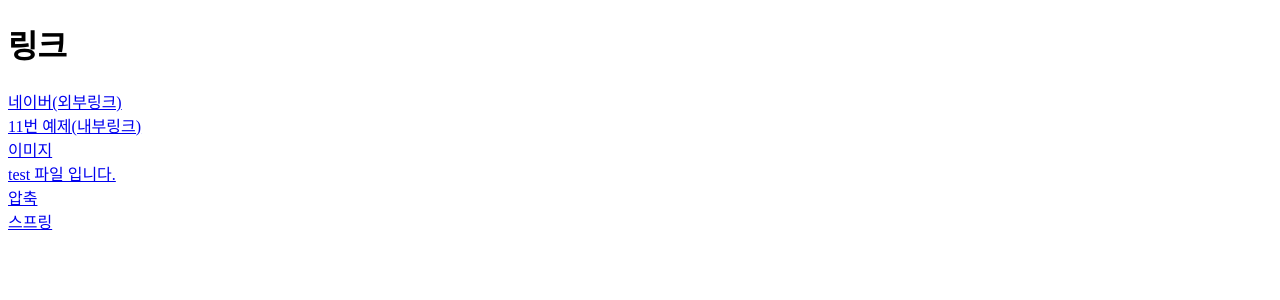
Repository: sungken/htmlProject
Page: ClientTest/src/main/webapp/html/ex12_link.html
The author's editor kept a copy of each file at every save. The page is drawn from the files as they stood at one save, then again after the next save.
The browser window is 1280 px wide. The pictures show the whole page.

Above is the page before, as saved 2024-03-13 03:16:55.

### ClientTest/src/main/webapp/html/ex12_link.html
<!DOCTYPE html>
<html>
<head>
<meta charset="UTF-8">
<title>Insert title here</title>
</head>
<body>
<!-- ex12_link.html -->
<h1>링크</h1>
<a href="http://www.naver.com">네이버(외부링크)</a>
<br>
<a href="ex11_list.html">11번 예제(내부링크)</a>
<br>
<a href="images/dog.jpg">이미지</a>
<br>
<a href="test.txt">test 파일 입니다.</a>
<br>
<a href="html.zip">압축</a>
<br>
<a href="http://spring.io">스프링</a>
<br>

<!--
	a. target
	- 열거형
		1. _blank
		2. _ self(default)
		3. _parent
		4. _top
		5. 프레임 명


 -->


</body>
</html>

After the next save:
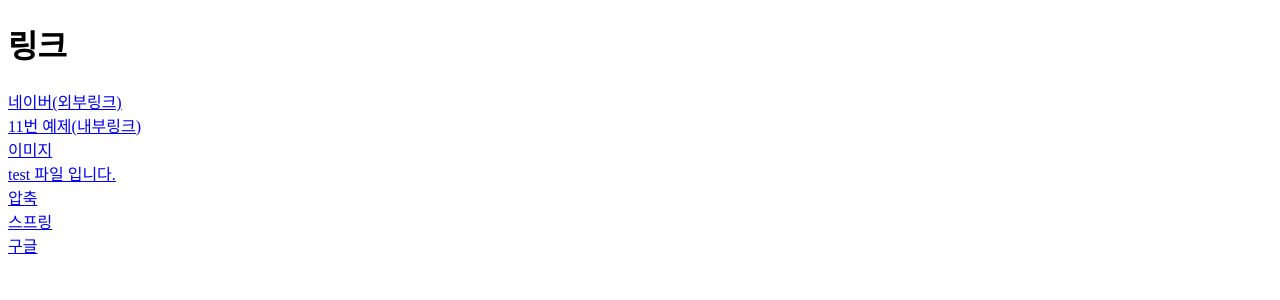
Saved 41 s later.
--- a/ClientTest/src/main/webapp/html/ex12_link.html
+++ b/ClientTest/src/main/webapp/html/ex12_link.html
@@ -29,9 +29,8 @@
 		4. _top
 		5. 프레임 명
 
-
  -->
-
+<a href="http://google.com" target="_self">구글</a>
 
 </body>
 </html>
